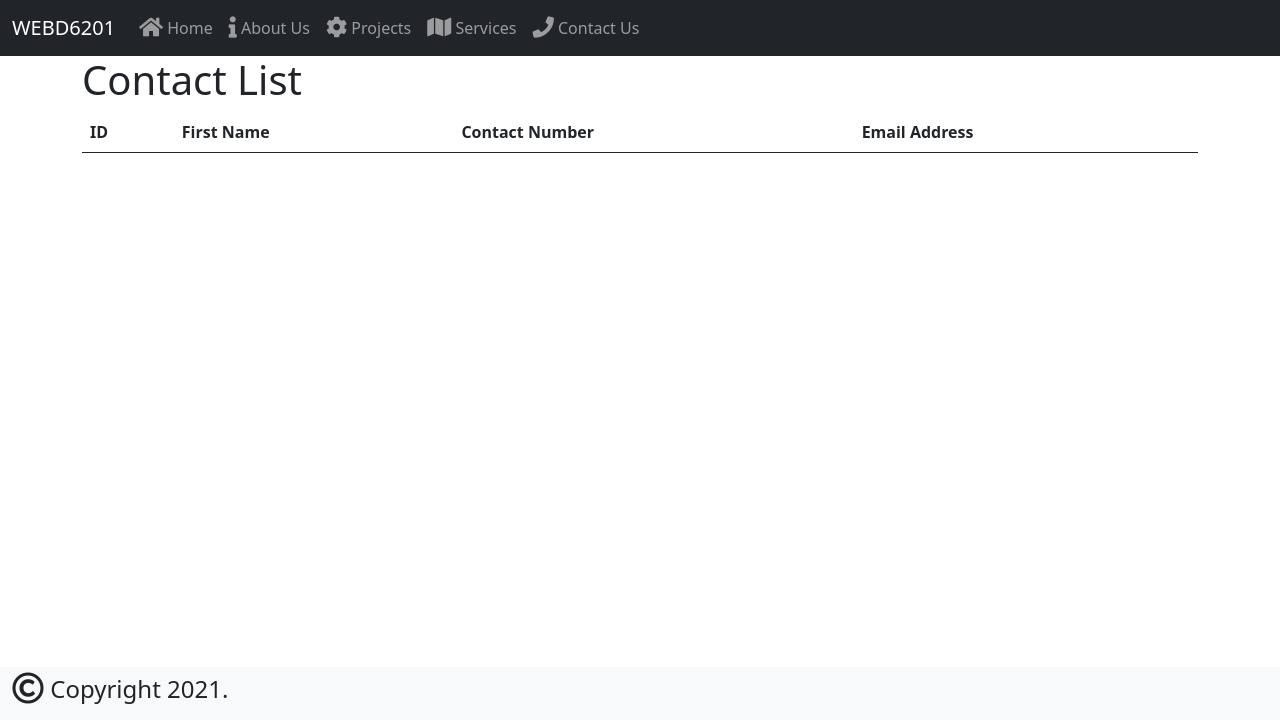
Repository: MuzhdaEhsan/WEBD6201-W2021-Lab1
Page: contact-list.html
The author's editor kept a copy of each file at every save. The page is drawn from the files as they stood at one save, then again after the next save.
The browser window is 1280 px wide. The pictures show the whole page.

Above is the page before, as saved 2021-01-28 10:20:07.

After the next save:
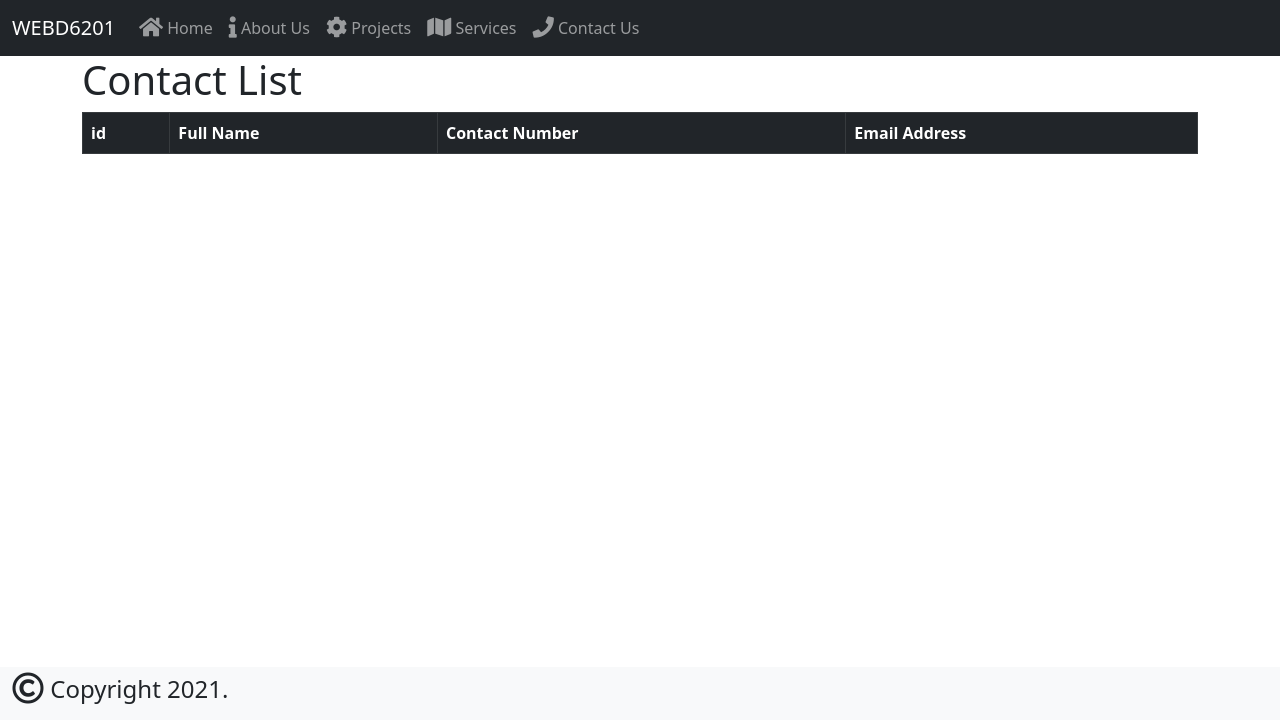
Saved 94 s later.
--- a/contact-list.html
+++ b/contact-list.html
@@ -50,21 +50,21 @@
     <main class="container">
         <h1>Contact List</h1>
 
-        <div class="col">
-          <table class="table">
-            <thead>
-              <tr>
-                <th scope="col">ID</th>
-                <th scope="col">First Name</th>
-                <th scope="col">Contact Number</th>
-                <th scope="col">Email Address</th>
-              </tr>
-            </thead>
-            <tbody>
-
-
-            </tbody>
-          </table>
+        <div class="row">
+          <div class="col">
+            <table class="table table-striped table-bordered table-hover">
+              <thead class="table-dark">
+                <tr>
+                  <th scope="col">id</th>
+                  <th scope="col">Full Name</th>
+                  <th scope="col">Contact Number</th>
+                  <th scope="col">Email Address</th>
+                </tr>
+              </thead>
+              <tbody id="contactList">
+              </tbody>
+            </table>
+          </div>
         </div>
     </main>
 
@@ -80,6 +80,7 @@
     <!-- Script Section-->
     <script src="./node_modules/jquery/dist/jquery.min.js"></script>
     <script src="./node_modules/bootstrap/dist/js/bootstrap.bundle.min.js"></script>
+
     <script src="./Scripts/contact.js"></script>
     <script src="./Scripts/app.js"></script>
 </body>
